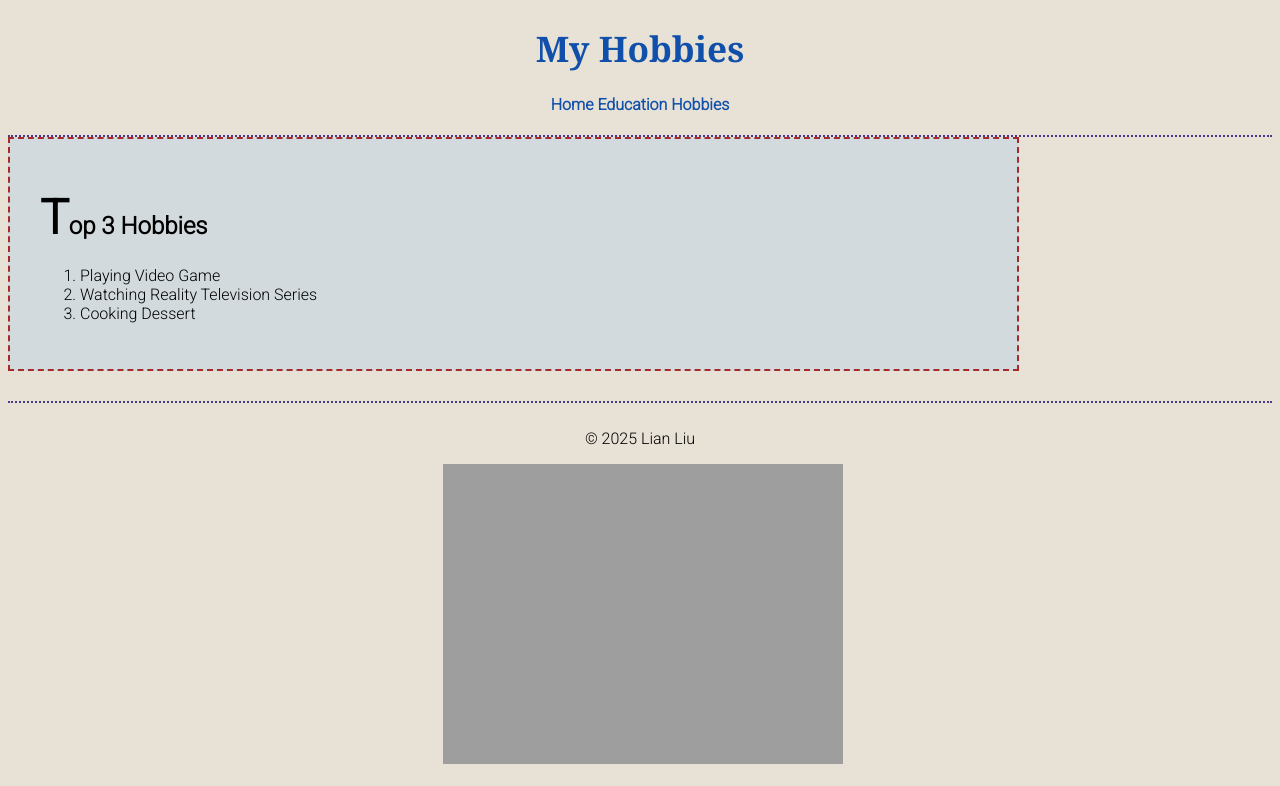
Repository: liulian26/CS5610
Page: assignment-1-liulian26/pages/hobbies.html
The author's editor kept a copy of each file at every save. The page is drawn from the files as they stood at one save, then again after the next save.
The browser window is 1280 px wide. The pictures show the whole page.
Pictures or frames that could not be fetched are drawn as grey boxes.

Above is the page before, as saved 2025-02-01 00:41:20.

After the next save:
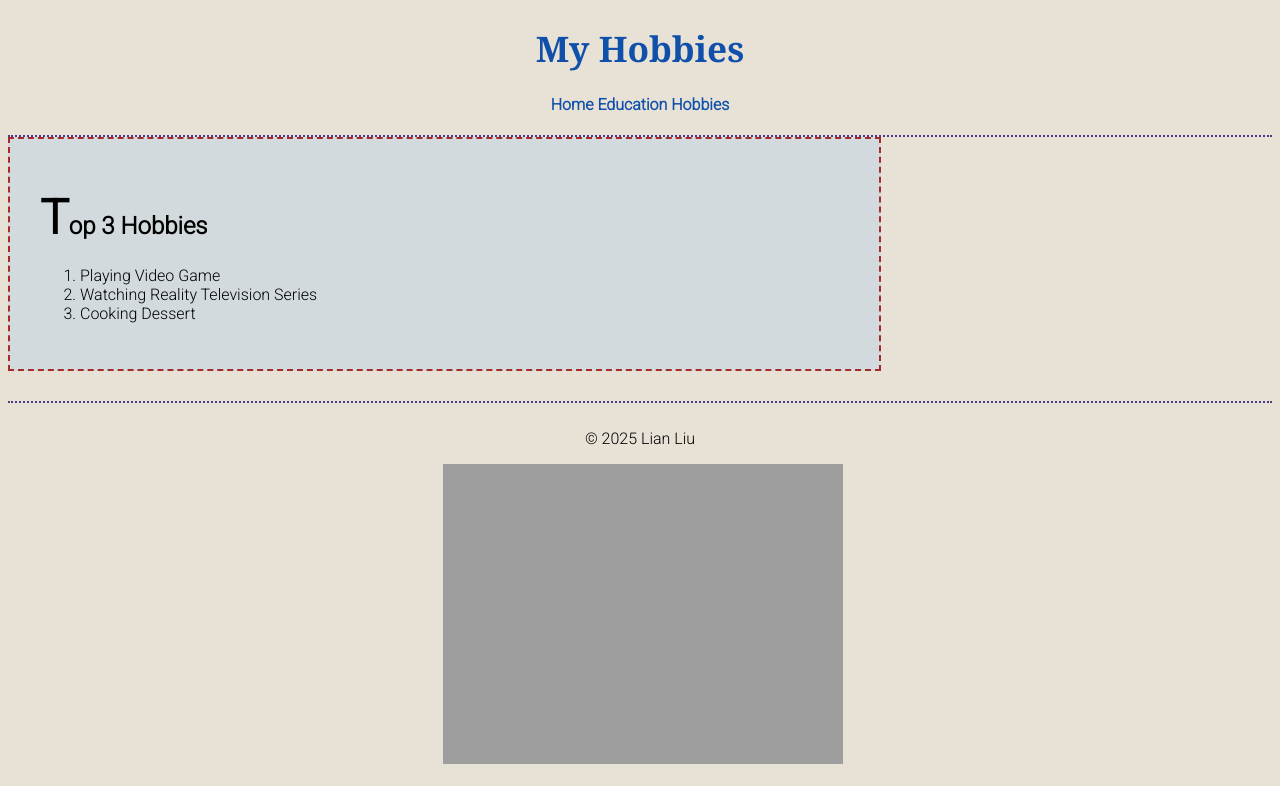
Saved 57 s later.
--- a/assignment-1-liulian26/css/styles.css
+++ b/assignment-1-liulian26/css/styles.css
@@ -40,7 +40,7 @@ nav ul li a:hover {
 
 main {
     width: 80%;
-    margin: 50 auto;
+    margin: 20 auto;
 }
 
 section {
@@ -48,6 +48,7 @@ section {
     padding: 30px;
     margin-bottom: 30px;
     background-color: rgba(126, 191, 251, 0.2);
+    width: 80%;
 }
 
 body {
